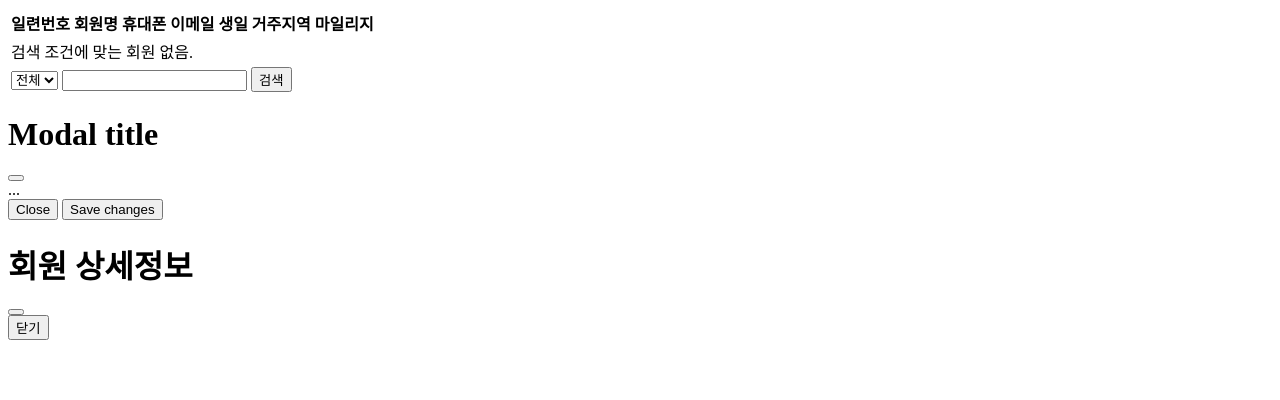
Repository: hoseolkim/restart
Page: http://localhost/WebStudy03_Mybatis/WEB-INF/views/member/memberList.jsp
An editor plug-in stored every save of this project. The page is shown before and after the next save, followed by the edit.
The browser window is 1280 px wide. The pictures show the whole page.
The page is served by Tomcat 9. Nobody is signed in. The template is opened directly, without the code that normally fills it, so the values that code supplies are empty.

Above is the page before, as saved 2023-10-04 07:37:35.
Console error: ReferenceError: $ is not defined

After the next save:
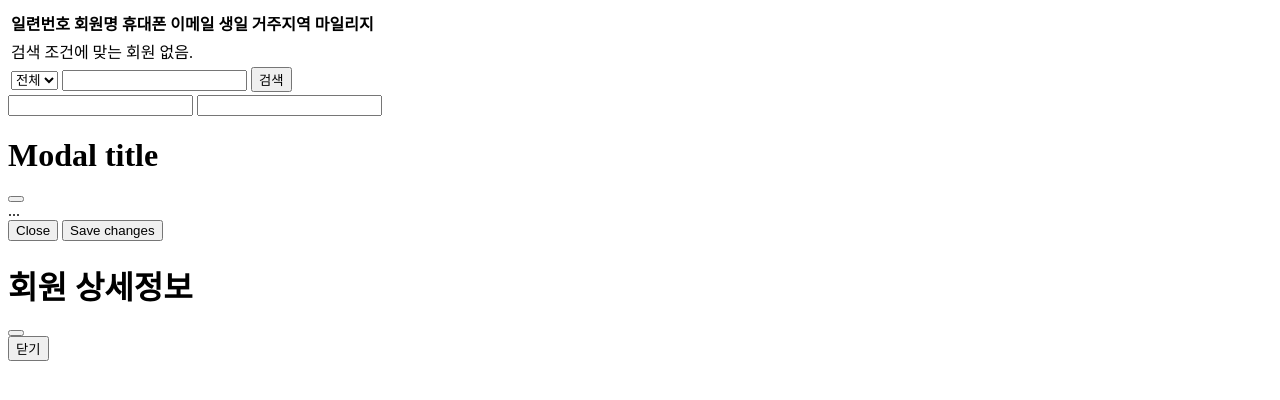
Saved 103 s later.
--- a/WebStudy03_Mybatis/src/main/webapp/WEB-INF/views/member/memberList.jsp
+++ b/WebStudy03_Mybatis/src/main/webapp/WEB-INF/views/member/memberList.jsp
@@ -51,6 +51,13 @@
 		</tr>
 	</tfoot>
 </table>
+
+<form id="searchForm">
+	<input type="text" name="searchType" />
+	<input type="text" name="searchWord" />
+</form>
+
+
 <!-- Modal -->
 <div class="modal fade" id="exampleModal" tabindex="-1" aria-labelledby="exampleModalLabel" aria-hidden="true">
   <div class="modal-dialog">
